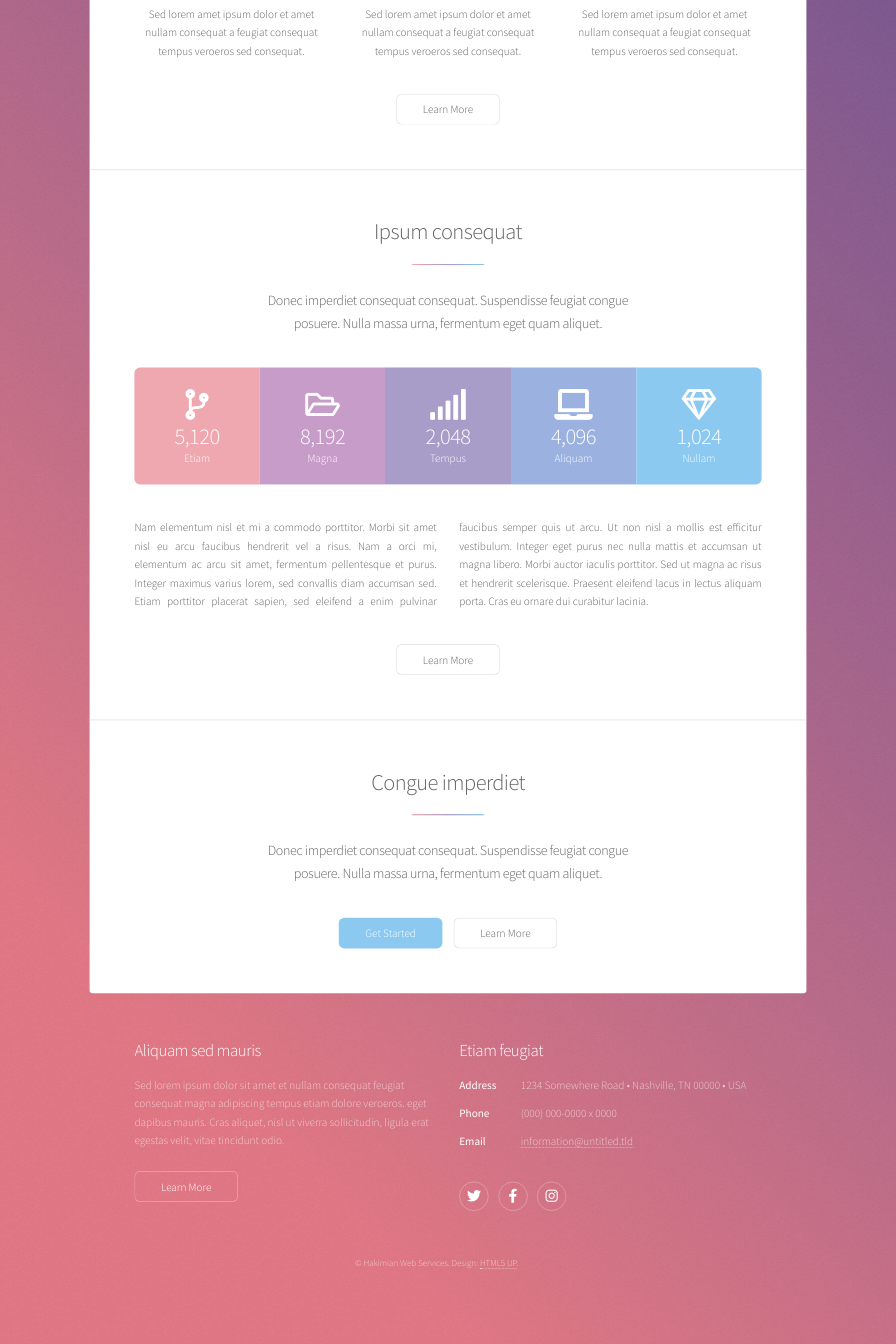
Repository: AidanHak/hakimianweb
Page: index.html
An editor plug-in stored every save of this project. The page is shown before and after the next save, followed by the edit.
The browser window is 1280 px wide. The pictures show the part of the page from y = 1420 to 3340 px (the page is 3340 px tall), at 70% of full size.

Above is the page before, as saved 2022-03-10 19:33:53.

After the next save:
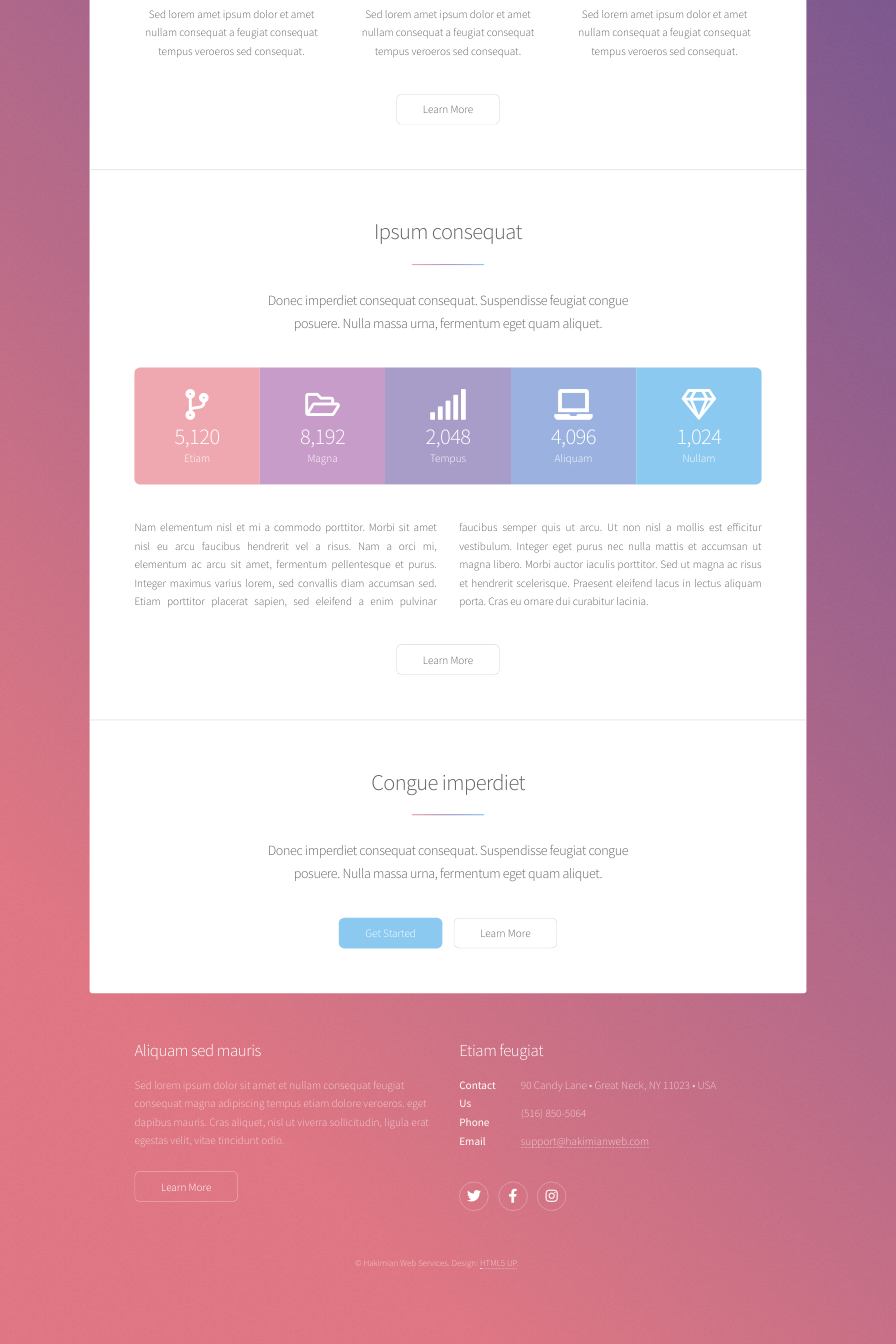
Saved 4 h 48 min later.
--- a/index.html
+++ b/index.html
@@ -178,12 +178,12 @@
 						<section>
 							<h2>Etiam feugiat</h2>
 							<dl class="alt">
-								<dt>Address</dt>
-								<dd>1234 Somewhere Road &bull; Nashville, TN 00000 &bull; USA</dd>
+								<dt>Contact Us</dt>
+								<dd>90 Candy Lane &bull; Great Neck, NY 11023 &bull; USA</dd>
 								<dt>Phone</dt>
-								<dd>(000) 000-0000 x 0000</dd>
+								<dd>(516) 850-5064</dd>
 								<dt>Email</dt>
-								<dd><a href="#">information@untitled.tld</a></dd>
+								<dd><a href="mailto:support@hakimianweb.com">support@hakimianweb.com</a></dd>
 							</dl>
 							<ul class="icons">
 								<li><a href="https://twitter.com/HakimianWeb" class="icon brands fa-twitter alt"><span class="label">Twitter</span></a></li>
